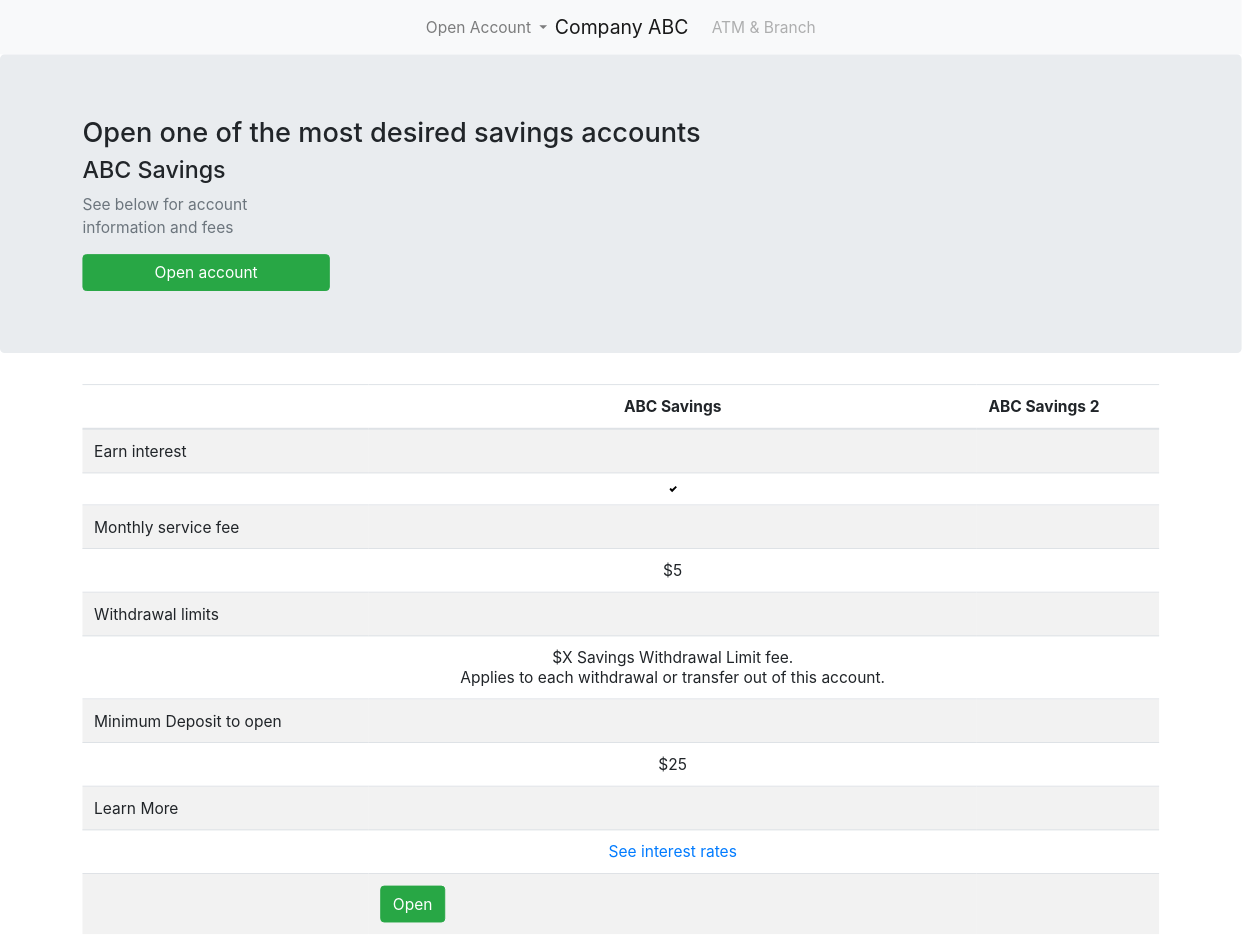
Repository: barriosan95/banking-opening-account-demo
Page: http://localhost/savings
The author's editor kept a record of every edit. The page is drawn from the files as they stood at one moment, then again after the next edit.
The browser window is 1280 px wide. The pictures show the whole page, at 97% of full size.
Some web fonts or font styles are not loaded; a fallback is used. Some web libraries are served in a nearby version. The page is served by the project's Node server (index.js).

Above is the page before.

### views/savings.ejs
<% include ./partials/header %>

<div class = "jumbotron">
    <div class ="container">
        <h3> Open one of the most desired savings accounts </h3>
        <div class ="row">
            <div class ="col-md-3">
                <h4>ABC Savings</h4>
                <p class="text-muted">See below for account information and fees</p>
                <button type="submit" class="btn btn-success btn-block">Open account</button>
            </div>
        </div>
    </div>
</div>

<div class="container mt-4 text-center">
    <table class="table table-striped">
        <thead>
            <tr>
              <th scope="col"></th>
              <th class ="text-center" scope="col">ABC Savings</th>
              <th scope="col">ABC Savings 2</th>
            </tr>
        </thead>
        <tbody>
            <tr>
              <td>Earn interest</td>
              <td></td>
              <td></td>
            </tr>
            <tr>
              <td></td>
              <td class="text-center"><img src="icons/check.svg"> </td>
              <td></td>
            </tr>
            <tr>
              <td>Monthly service fee </td>
              <td></td>
              <td></td>
            </tr>
            <tr>
              <td></td>
              <td  class="text-center" >$5</td>
              <td></td>
            </tr>
            <tr>
              <td> Withdrawal limits</td>
              <td></td>
              <td></td>
            </tr>
            <tr>
              <td></td>
              <td  class="text-center"> $X Savings Withdrawal Limit fee. <br> Applies to each withdrawal or transfer out of this account.</td>
              <td></td>
            </tr>
            <tr>
              <td> Minimum Deposit to open  </td>
              <td></td>
              <td></td>
            </tr>
            <tr>
              <td></td>
              <td class="text-center"> $25 </td>
              <td></td>
            </tr>
            <tr>
              <td> Learn More </td>
              <td></td>
              <td></td>
            </tr>
            <tr>
              <td></td>
              <td class="text-center"> <a href='#'> See interest rates </a></td>
              <td></td>
            </tr>
            <tr>
              <td></td>
              <td><button type="submit" class="btn btn-success">Open</button> </td>
              <td></td>
            </tr>
        </tbody>
    </table>
</div>

<% include ./partials/footer %>

### views/partials/header.ejs
<!DOCTYPE HTML!>
<html>

    <head>


        <!--CDN Bootstrap v4.1.3-->
        <link rel="stylesheet" href="https://stackpath.bootstrapcdn.com/bootstrap/4.1.3/css/bootstrap.min.css">
        <link rel="stylesheet" href="https://cdnjs.cloudflare.com/ajax/libs/font-awesome/4.7.0/css/font-awesome.min.css">

        <!--font -->
        <link href="https://fonts.googleapis.com/css?family=Muli:200,300,400,700,800" rel="stylesheet">

        <!--Will ensure proper responsivness on mobile devices-->
        <meta name="viewport" content="width=device-width, initial-scale=1, shrink-to-fit=no">

        <title> Banking OA Demo </title>

        <meta name="viewport" content="width=device-width, initial-scale=1, maximum-scale=1, user-scalable=no">

    </head>

    <body>

    <!--NAVBAR-->
        <nav class="navbar navbar-expand-lg navbar-light bg-light">
            <button class="navbar-toggler" type="button" data-toggle="collapse" data-target="#navbarNavDropdown" aria-controls="navbarNavDropdown" aria-expanded="false" aria-label="Toggle navigation">
                <span class="navbar-toggler-icon"></span>
            </button>

            <div class="collapse navbar-collapse" id="navbarNavDropdown">
                <ul class="navbar-nav mx-auto">
                    <li class="nav-item dropdown">
                        <a class="nav-link dropdown-toggle" href="#" id="navbarDropdown" role="button" data-toggle="dropdown">
                            Open Account
                        </a>
                        <div class="dropdown-menu" aria-labelledby="navbarDropdown">
                          <a class="dropdown-item" href="/checking">Checking Accounts</a>
                          <div class="dropdown-divider"></div>
                          <a class="dropdown-item" href="/savings">Savings Accounts </a>
                          <div class="dropdown-divider"></div>
                          <a class="dropdown-item" href="#">Money Market Accounts</a>
                          <div class="dropdown-divider"></div>
                          <a class="dropdown-item" href="#">CD and IRA's</a>

                        </div>
                    </li>
                    <a class="navbar-brand" href="/"> Company ABC </a>
                     <li class="nav-item">
                        <a class="nav-link disabled" href="#">ATM & Branch</a>
                     </li>
                </ul>
            </div>
        </nav>

### views/partials/footer.ejs

        <!--Bootstrap js scripts-->
        <script src="https://code.jquery.com/jquery-3.3.1.min.js" integrity="sha256-FgpCb/KJQlLNfOu91ta32o/NMZxltwRo8QtmkMRdAu8="crossorigin="anonymous"></script>
        <script src="https://cdnjs.cloudflare.com/ajax/libs/popper.js/1.12.9/umd/popper.min.js" integrity="sha384-ApNbgh9B+Y1QKtv3Rn7W3mgPxhU9K/ScQsAP7hUibX39j7fakFPskvXusvfa0b4Q" crossorigin="anonymous"></script>
        <script src="https://maxcdn.bootstrapcdn.com/bootstrap/4.0.0/js/bootstrap.min.js" integrity="sha384-JZR6Spejh4U02d8jOt6vLEHfe/JQGiRRSQQxSfFWpi1MquVdAyjUar5+76PVCmYl" crossorigin="anonymous"></script>
        <!--JS SCIPTs -->

        <script src="/js/forms.js"></script>
        <script src="https://cdn.jsdelivr.net/npm/jquerykeyframes@1.0.5/dist/jquery.keyframes.min.js"></script>

    </body>
</html>

### index.js
const express = require('express');


const mainRoutes = require('./routes/main');

//APP CONFIGURATIONS
var app = express();
    app.set('view engine','ejs');
    app.use(express.static("public"));
    app.use(mainRoutes);





app.listen(process.env.PORT,process.env.IP,function(){
    console.log('Server established.');
});

### routes/main.js
const express = require('express');

const router = express.Router();

router.get("/", function(req,res){
    res.render('main');
});

router.get("/checking",function(req,res){
    res.render('checking');
});

router.get("/savings",function(req,res){
    res.render('savings');
});


module.exports = router;

### public/icons/check.svg
<svg xmlns="http://www.w3.org/2000/svg" width="8" height="8" viewBox="0 0 8 8">
  <path d="M6.41 0l-.69.72-2.78 2.78-.81-.78-.72-.72-1.41 1.41.72.72 1.5 1.5.69.72.72-.72 3.5-3.5.72-.72-1.44-1.41z" transform="translate(0 1)" />
</svg>

Loaded but not shown: public/js/forms.js (no copy from this time; the picture is the same without it)

After the next edit:
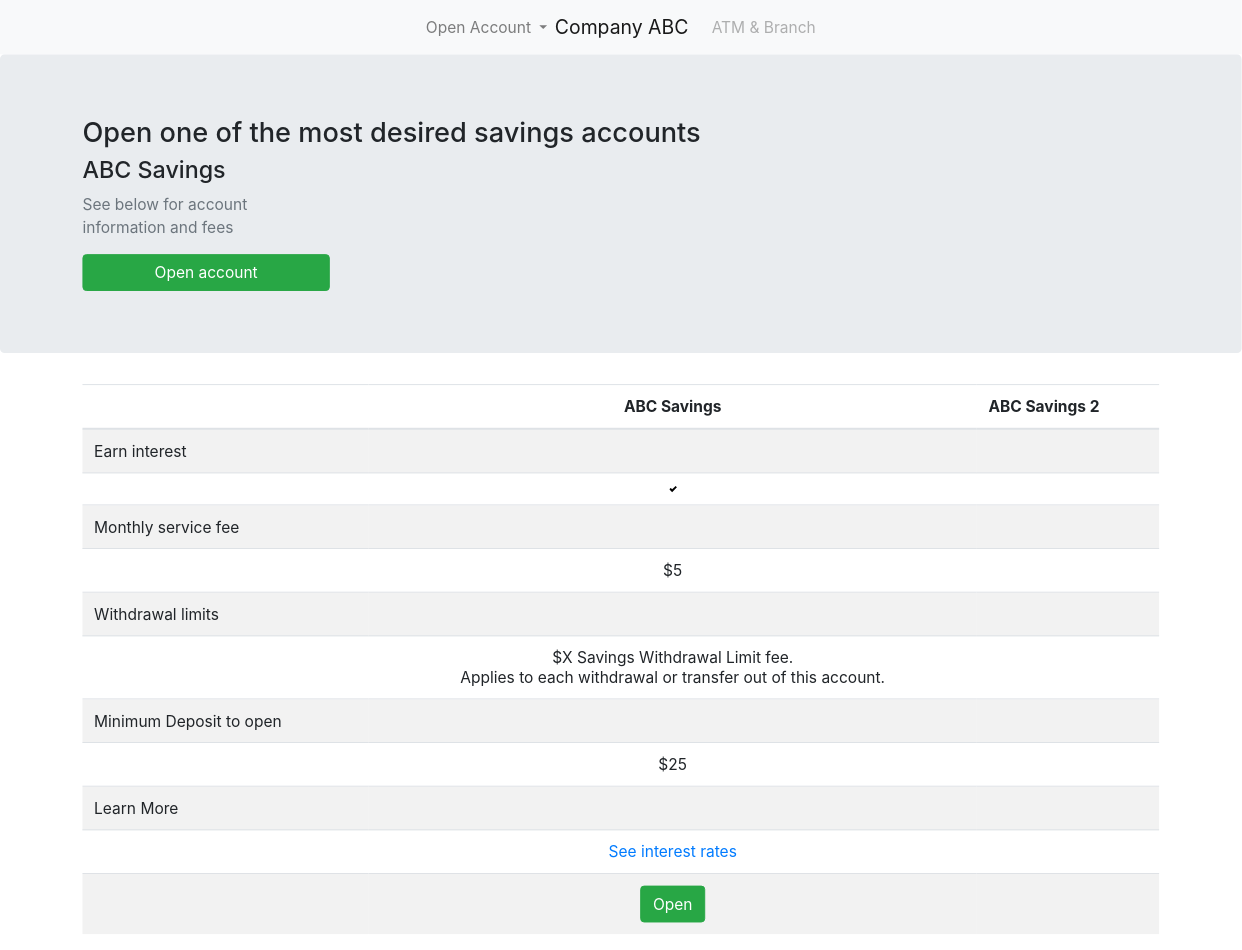
The edit:
--- a/views/savings.ejs
+++ b/views/savings.ejs
@@ -75,7 +75,7 @@
             </tr>
             <tr>
               <td></td>
-              <td><button type="submit" class="btn btn-success">Open</button> </td>
+              <td class= "text-center"><button type="submit" class="btn btn-success">Open</button></td>
               <td></td>
             </tr>
         </tbody>
